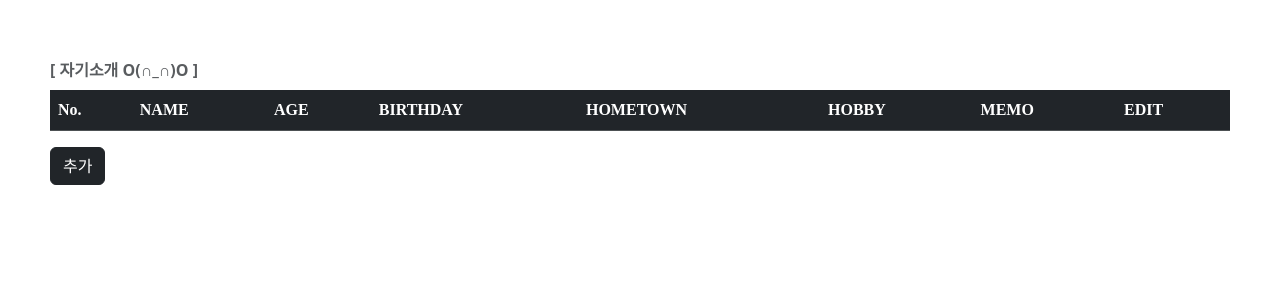
Repository: jini8293/Sist_04
Page: http://localhost/jspProject/intro/introList.jsp
An editor plug-in stored every save of this project. The page is shown before and after the next save, followed by the edit.
The browser window is 1280 px wide. The pictures show the whole page.
Some web fonts or font styles are not loaded; a fallback is used. The page is served by Tomcat 9. Queries for data that is not in the repository find no rows.

Above is the page before, as saved 2024-03-07 00:43:21.

After the next save:
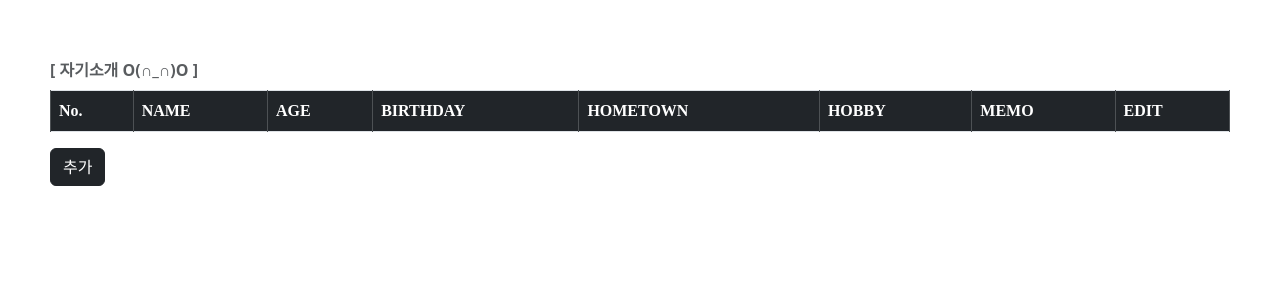
Saved 14 s later.
--- a/jspwork/jspProject/src/main/webapp/intro/introList.jsp
+++ b/jspwork/jspProject/src/main/webapp/intro/introList.jsp
@@ -24,7 +24,7 @@
 <body>
 
 	<div style="margin: 50px 50px">
-		<table class="table table-dark">
+		<table class="table table-bordered">
 			<caption align="top">
 				<b>[ 자기소개 O(∩_∩)O ]</b>
 			</caption>
